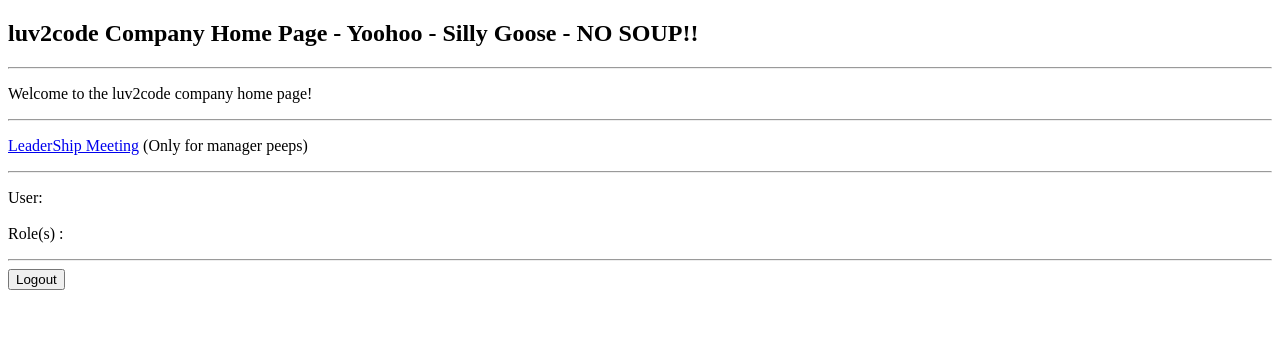
Repository: shinjuno123/spring-security
Page: http://localhost/spring-security-demo-07-user-roles/WEB-INF/view/home.jsp
An editor plug-in stored every save of this project. The page is shown before and after the next save, followed by the edit.
The browser window is 1280 px wide. The pictures show the whole page.
The page is served by Tomcat 9. Nobody is signed in. Other server files are loaded and not shown. The template is opened directly, without the code that normally fills it, so the values that code supplies are empty.

Above is the page before, as saved 2023-01-11 17:40:20.

### spring-security-demo-07-user-roles/src/main/webapp/WEB-INF/view/home.jsp
<%@ taglib prefix="form" uri="http://www.springframework.org/tags/form"%>
<%@ taglib prefix="security" uri="http://www.springframework.org/security/tags"%>

<!DOCTYPE html>
<html>
<head>
	<title>luv2code Company Home Page</title>
</head>
<body>
	<h2>luv2code Company Home Page - Yoohoo - Silly Goose - NO SOUP!!</h2>
	<hr>

	<p>
	Welcome to the luv2code company home page!
	</p>

	<hr>

	<!-- Add a link to point to /leaders ... this is for the managers -->

	<p>
		<a href="${pageContext.request.contextPath}/leaders">LeaderShip Meeting</a>
		(Only for manager peeps)
	</p>

	<!-- Add a link to point to /systems ... this is for the admins -->

	<hr>

	<!-- display user name and role -->
	<p>
		User: <security:authentication property="principal.username"/>
		<br><br>
		Role(s) : <security:authentication property="principal.authorities"/>
	</p>

	<hr>

	<!-- Add a logout button -->
	<form:form action="${pageContext.request.contextPath}/logout" method="POST">
		<input type="submit" value="Logout" />
	</form:form>

</body>
</html>

After the next save:
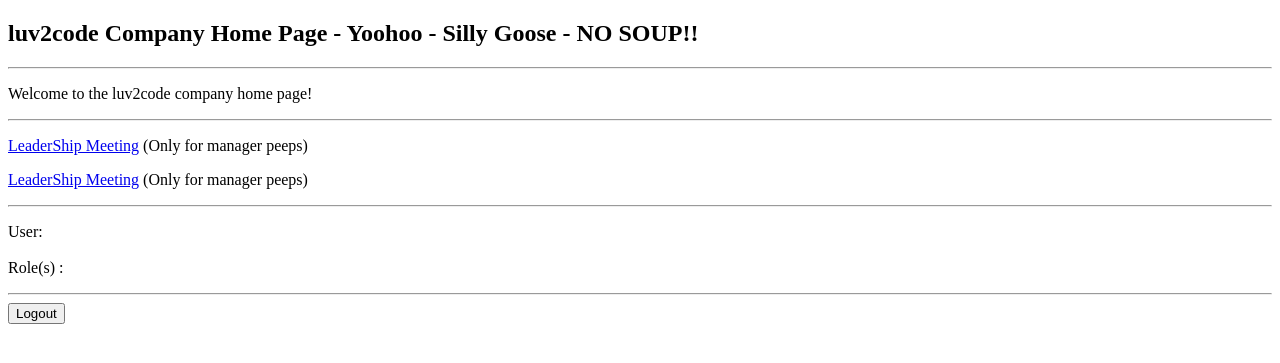
Saved 5 s later.
--- a/spring-security-demo-07-user-roles/src/main/webapp/WEB-INF/view/home.jsp
+++ b/spring-security-demo-07-user-roles/src/main/webapp/WEB-INF/view/home.jsp
@@ -24,6 +24,10 @@
 	</p>
 
 	<!-- Add a link to point to /systems ... this is for the admins -->
+		<p>
+		<a href="${pageContext.request.contextPath}/leaders">LeaderShip Meeting</a>
+		(Only for manager peeps)
+	</p>
 
 	<hr>
 
